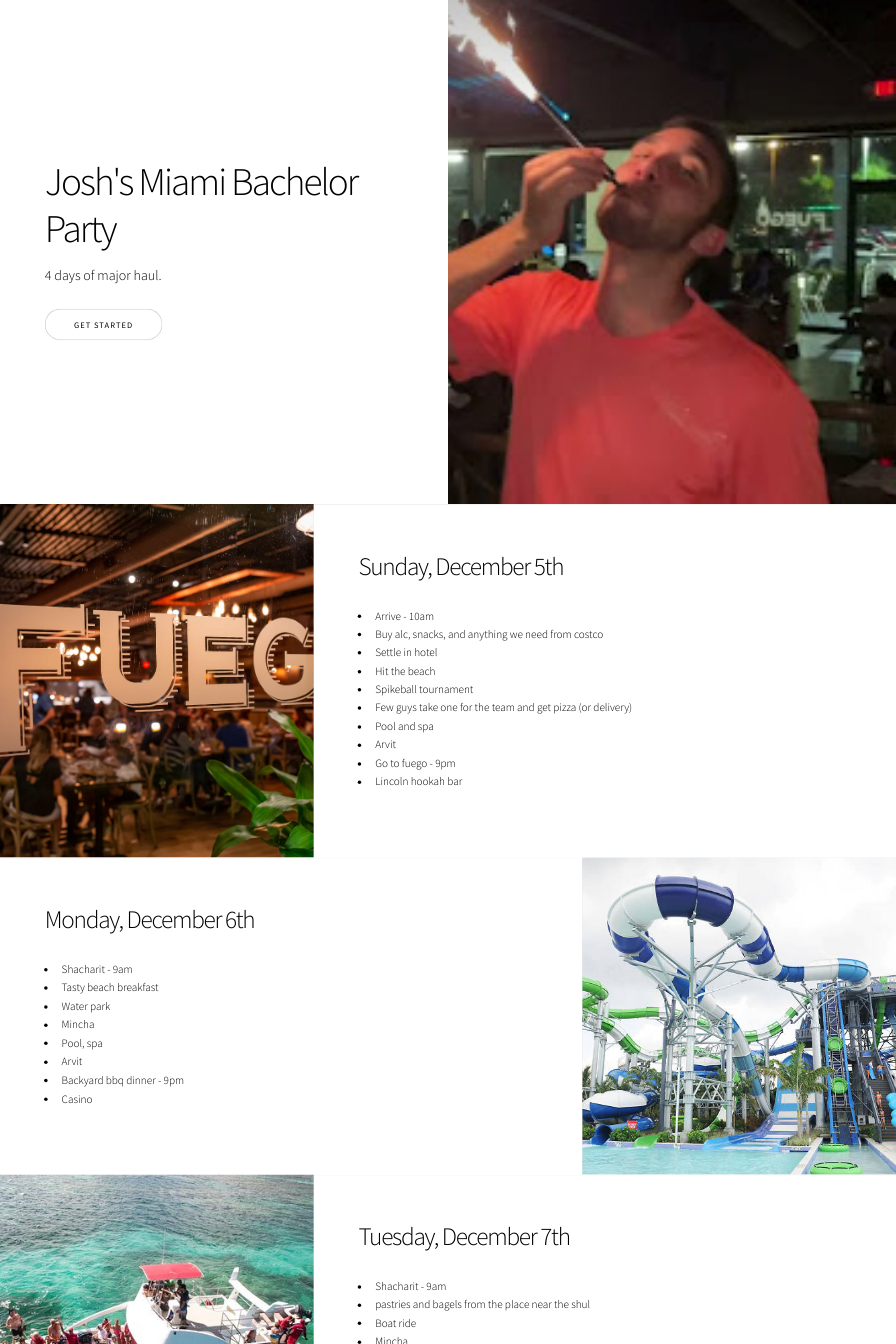
Repository: joshebrani/mybp
Page: index.html
The author's editor kept a copy of each file at every save. The page is drawn from the files as they stood at one save, then again after the next save.
The browser window is 1280 px wide. The pictures show the part of the page from y = 0 to 1920 px (the page is 3989 px tall before and 4041 px after), at 70% of full size.

Above is the page before, as saved 2021-10-31 10:55:47.

After the next save:
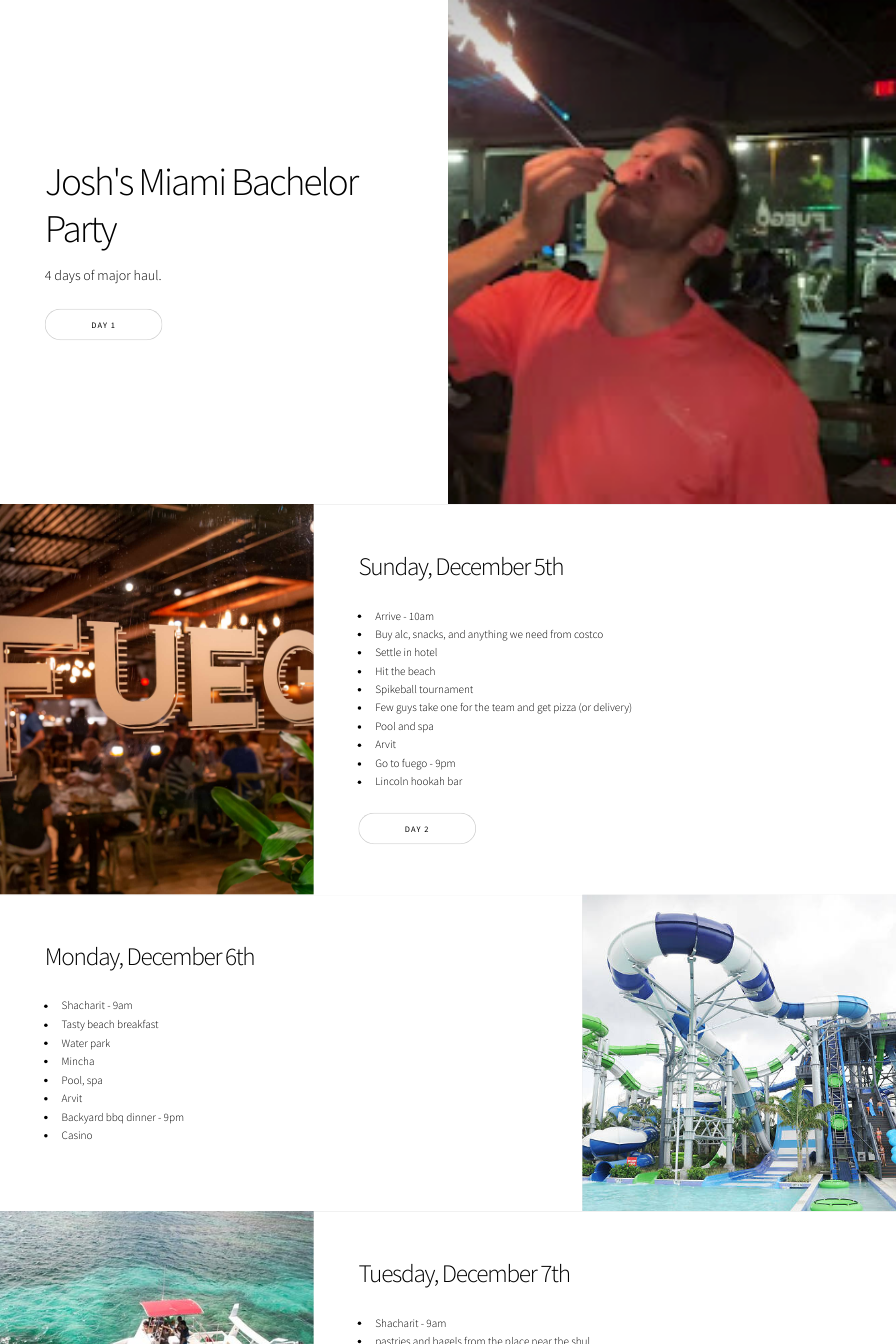
Saved 76 s later.
--- a/index.html
+++ b/index.html
@@ -23,7 +23,7 @@
 							<h1>Josh's Miami Bachelor Party</h1>
 							<p class="major">4 days of major haul.</p>
 							<ul class="actions stacked">
-								<li><a href="#first" class="button big wide smooth-scroll-middle">Get Started</a></li>
+								<li><a href="#first" class="button big wide smooth-scroll-middle">Day 1</a></li>
 							</ul>
 						</div>
 						<div class="image">
@@ -50,7 +50,7 @@
 								</ul>
 							</p>
 							<ul class="actions stacked">
-								<!-- <li><a href="#" class="button">Learn More</a></li> -->
+								<li><a href="#second" class="button big wide smooth-scroll-middle">Day 2</a></li>
 							</ul>
 						</div>
 						<div class="image">
@@ -60,7 +60,7 @@
 
 
 				<!-- Three -->
-					<section class="spotlight style1 orient-left content-align-left image-position-center onscroll-image-fade-in">
+					<section class="spotlight style1 orient-left content-align-left image-position-center onscroll-image-fade-in" id="second">
 						<div class="content">
 							<h2>Monday, December 6th</h2>
 							<p><ul>
